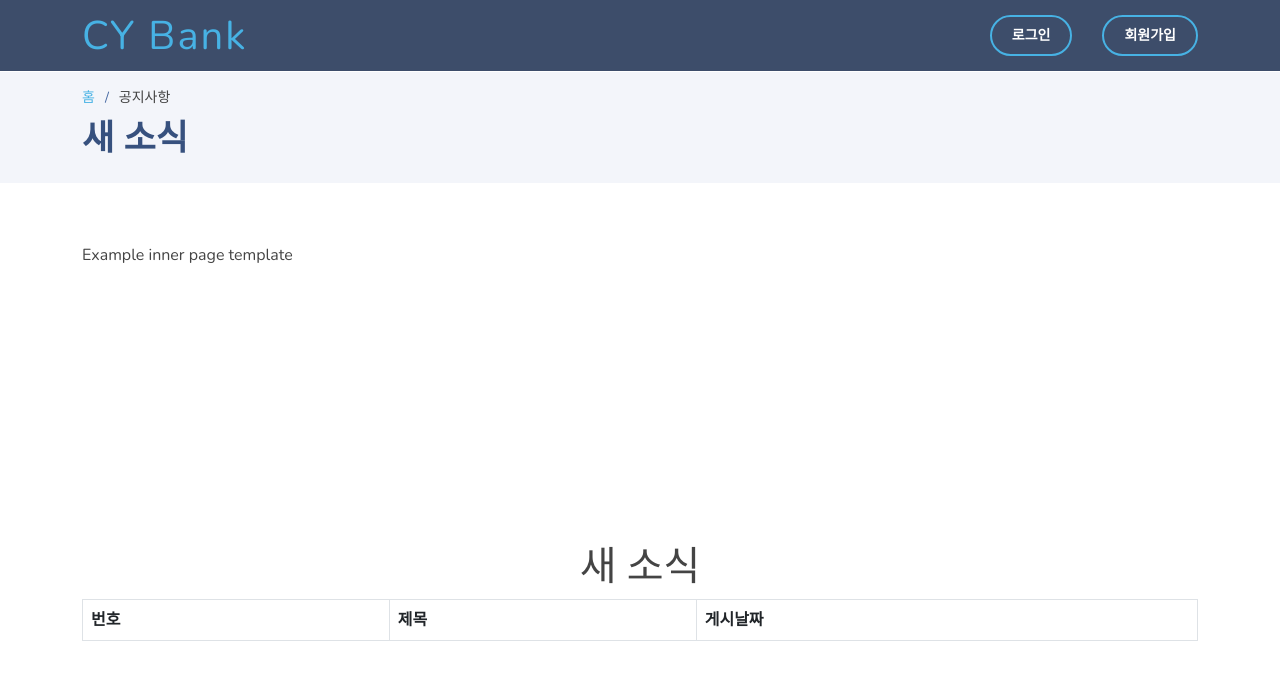
Repository: scy0814/Spring
Page: http://localhost/CYBank/jsp/notice/Notice.jsp
An editor plug-in stored every save of this project. The page is shown before and after the next save, followed by the edit.
The browser window is 1280 px wide. The pictures show the whole page.
The page is served by Tomcat 9.

Above is the page before, as saved 2023-06-27 01:46:17.

After the next save:
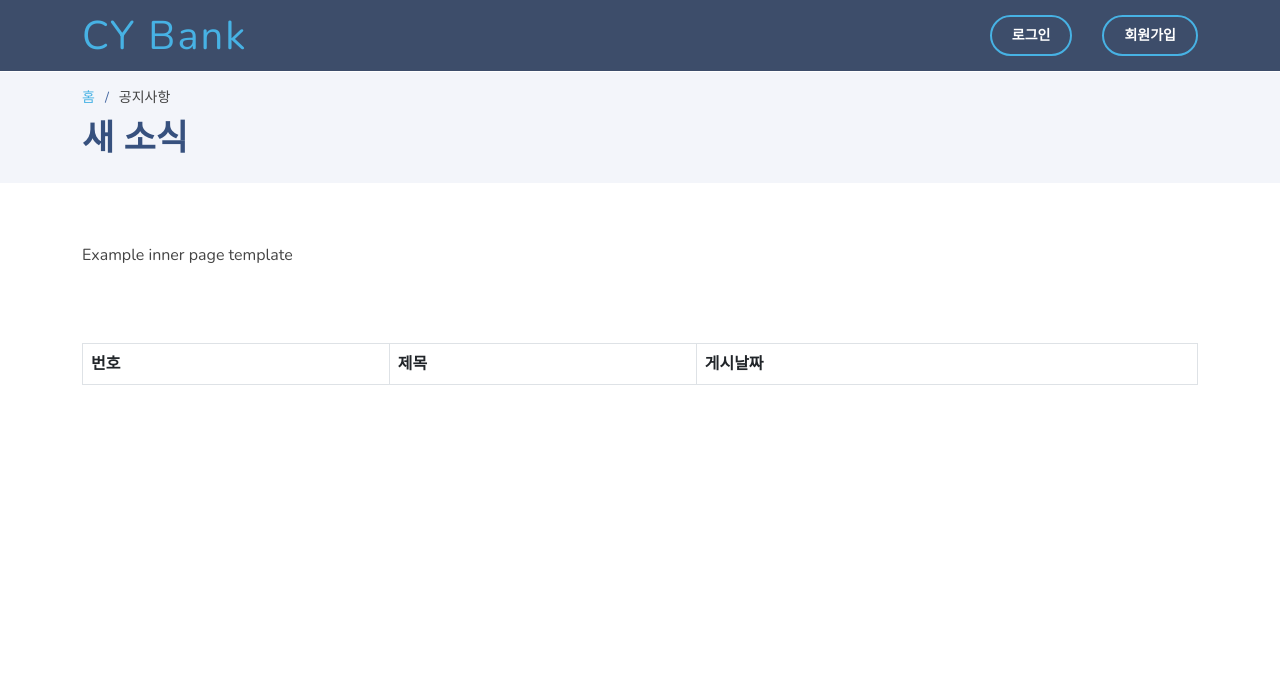
Saved 18 s later.
--- a/CYBank/src/main/webapp/jsp/notice/Notice.jsp
+++ b/CYBank/src/main/webapp/jsp/notice/Notice.jsp
@@ -50,7 +50,6 @@
         </p>
       </div>
     </section>
-<h1 class="text-center" style="margin-top: 200px;">새 소식</h1>
  <div class="container">
         <table class="table table-striped table-bordered">
             <thead class="thead-light">
